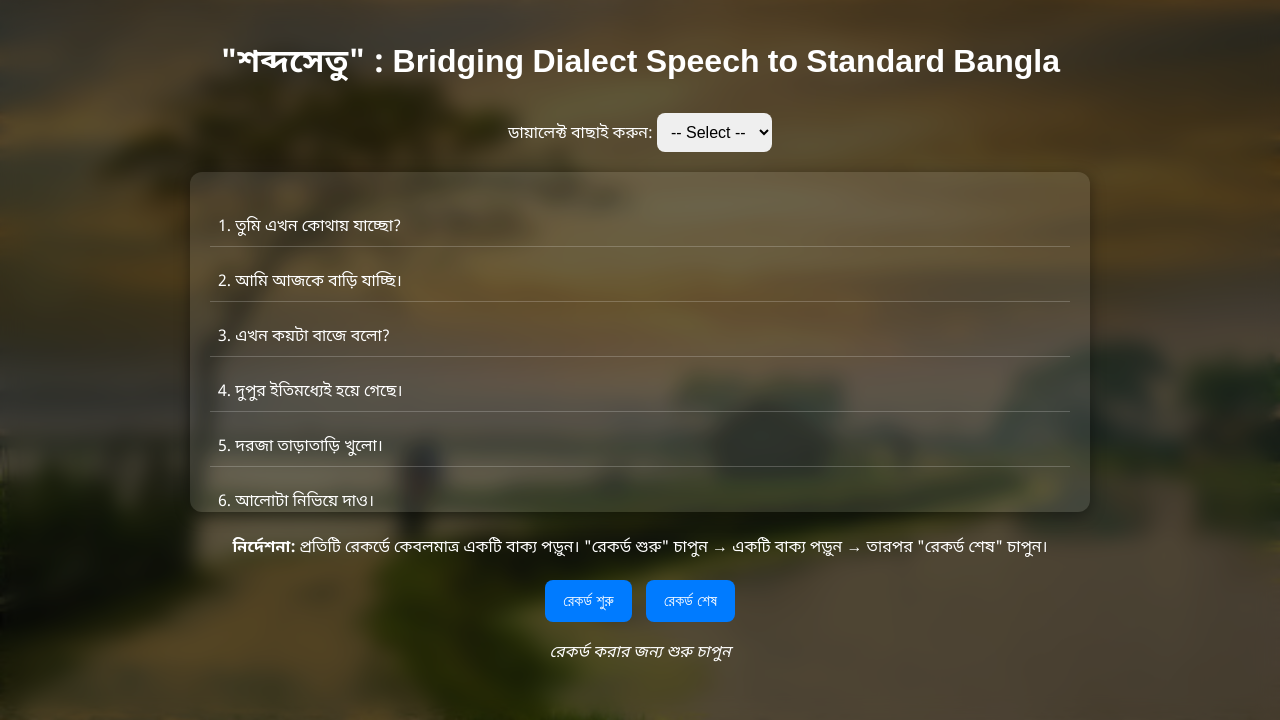
Repository: Sayeem-Velocity/shobdotori-where-dialects-flow-into-bangla
Page: index.html
An editor plug-in stored every save of this project. The page is shown before and after the next save, followed by the edit.
The browser window is 1280 px wide. The pictures show the whole page.

Above is the page before, as saved 2025-08-31 15:08:45.

### index.html
<!DOCTYPE html>
<html lang="bn">
<head>
  <meta charset="UTF-8">
  <meta name="viewport" content="width=device-width, initial-scale=1.0">
  <title>শব্দসেতু : Bridging Dialect Speech to Standard Bangla</title>
  <link rel="stylesheet" href="css/style.css">
  <link rel="icon" type="image/png" href="images/image2.png">
</head>
<body>
  <div class="overlay"></div>
  <div class="container">
    <h1 class="title">"শব্দসেতু" : Bridging Dialect Speech to Standard Bangla</h1>

    <!-- Dropdown -->
    <div class="dropdown">
      <label for="dialect">ডায়ালেক্ট বাছাই করুন:</label>
      <select id="dialect">
        <option value="">-- Select --</option>
        <option value="mymensingh">ময়মনসিংহ</option>
        <option value="comilla">কুমিল্লা</option>
        <option value="noakhali">নোয়াখালী</option>
        <option value="feni">ফেনী</option>
        <option value="brahmanbaria">ব্রাহ্মণবাড়িয়া</option>
        <option value="gaibandha">গাইবান্ধা</option>
        <option value="kurigram">কুড়িগ্রাম</option>
        <option value="jessore">যশোর</option>
        <option value="kushtia">কুষ্টিয়া</option>
        <option value="jhenaidah">ঝিনাইদহ</option>
        <option value="bagerhat">বাগেরহাট</option>
        <option value="khulna">খুলনা</option>
        <option value="patuakhali">পটুয়াখালী</option>
        <option value="bhola">ভোলা</option>
        <option value="panchagarh">পঞ্চগড়</option>
        <option value="lalmonirhat">লালমনিরহাট</option>
        <option value="dinajpur">দিনাজপুর</option>
        <option value="rajshahi">রাজশাহী</option>
        <option value="natore">নাটোর</option>
        <option value="pabna">পাবনা</option>
        <option value="sirajganj">সিরাজগঞ্জ</option>
        <option value="chandpur">চাঁদপুর</option>
        <option value="lakshmipur">লক্ষ্মীপুর</option>
        <option value="sandwip">সন্দ্বীপ</option>
      </select>
    </div>

    <!-- Sentences -->
    <div id="sentences" class="sentence-box"></div>

    <!-- Recorder -->
    <div class="recorder">
      <p><b>নির্দেশনা:</b> প্রতিটি রেকর্ডে কেবলমাত্র একটি বাক্য পড়ুন।
      "রেকর্ড শুরু" চাপুন → একটি বাক্য পড়ুন → তারপর "রেকর্ড শেষ" চাপুন।</p>

      <button id="startBtn">রেকর্ড শুরু</button>
      <button id="stopBtn" disabled>রেকর্ড শেষ</button>
      <p id="status">রেকর্ড করার জন্য শুরু চাপুন</p>
    </div>
  </div>

  <!-- Floating Recording Box -->
  <div id="recordingBox" class="recording-box hidden">
    <div class="dot"></div>
    <span id="recordingText">রেকর্ড হচ্ছে... একটি মাত্র বাক্য পড়ুন</span>
  </div>

  <script src="js/app.js"></script>
</body>
</html>

### css/style.css
body {
  margin: 0;
  font-family: "Noto Sans Bengali", sans-serif;
  color: #fff;
  background: url("../images/image1.png") no-repeat center center fixed;
  background-size: cover;
  overflow-x: hidden;
  position: relative;
}

/* blur overlay */
.overlay {
  position: fixed;
  top: 0; left: 0; right: 0; bottom: 0;
  background: rgba(0, 0, 0, 0.6);
  backdrop-filter: blur(10px);
  -webkit-backdrop-filter: blur(10px);
  z-index: -1;
}

.container {
  max-width: 900px;
  margin: auto;
  padding: 30px;
  text-align: center;
  animation: fadeIn 2s ease-in-out;
}

.title {
  font-size: 32px;
  margin-bottom: 20px;
  animation: float 3s ease-in-out infinite;
}

.dropdown {
  margin-bottom: 20px;
}

select {
  padding: 10px;
  border-radius: 8px;
  border: none;
  font-size: 16px;
}

.sentence-box {
  background: rgba(255,255,255,0.1);
  border-radius: 12px;
  padding: 20px;
  margin-top: 20px;
  text-align: left;
  max-height: 300px;
  overflow-y: auto;
  box-shadow: 0 4px 15px rgba(0,0,0,0.4);
}

.sentence-box p {
  padding: 8px;
  border-bottom: 1px solid rgba(255,255,255,0.2);
  transition: transform 0.2s;
}

.sentence-box p:hover {
  transform: scale(1.05);
  background: rgba(255,255,255,0.15);
  cursor: pointer;
}

.recorder {
  margin-top: 25px;
}

button {
  background: #007bff;
  color: white;
  border: none;
  padding: 12px 18px;
  margin: 5px;
  border-radius: 8px;
  font-size: 16px;
  transition: all 0.3s;
}

button:hover {
  background: #0056b3;
  transform: translateY(-2px);
}

#status {
  margin-top: 15px;
  font-style: italic;
}

/* Floating Recording Box */
.recording-box {
  position: fixed;
  bottom: 20px;
  right: 20px;
  background: rgba(220, 0, 0, 0.9);
  color: white;
  padding: 12px 18px;
  border-radius: 10px;
  font-size: 16px;
  font-weight: bold;
  display: flex;
  align-items: center;
  gap: 10px;
  box-shadow: 0 4px 10px rgba(0,0,0,0.5);
  animation: slideUp 0.4s ease-out;
}

.recording-box.hidden {
  display: none;
}

.dot {
  width: 12px;
  height: 12px;
  background: #ff0000;
  border-radius: 50%;
  animation: blink 1s infinite;
}

@keyframes blink {
  0% { opacity: 1; }
  50% { opacity: 0.2; }
  100% { opacity: 1; }
}

@keyframes slideUp {
  from { transform: translateY(50px); opacity: 0; }
  to { transform: translateY(0); opacity: 1; }
}

@keyframes float {
  0% { transform: translateY(0);}
  50% { transform: translateY(-10px);}
  100% { transform: translateY(0);}
}

@keyframes fadeIn {
  from { opacity: 0;}
  to { opacity: 1;}
}

### js/app.js
// ✅ 100 Bangla sentences
const sentences = [
  "তুমি এখন কোথায় যাচ্ছো?", "আমি আজকে বাড়ি যাচ্ছি।", "এখন কয়টা বাজে বলো?", "দুপুর ইতিমধ্যেই হয়ে গেছে।",
  "দরজা তাড়াতাড়ি খুলো।", "আলোটা নিভিয়ে দাও।", "আমি কিছু খেতে চাই।", "ভাত একেবারে হয়ে গেছে।",
  "আমাকে একটু পানি দাও।", "আমি আজ খুব ক্লান্ত।", "চল আমরা বাইরে যাই।", "আমি এখনই আসছি।",
  "তুমি কি কাল আসবে?", "আজকে খুব গরম লাগছে।", "বাইরে বৃষ্টি পড়ছে।", "ছাতা নিয়ে যাও এখন।",
  "তুমি আজ কেমন আছো?", "আমি খুব ভালো আছি।", "এখানে এসে বসো।", "ওই বইটা আমাকে দাও।",
  "তোমার নামটা কী বলো?", "আমার নাম রফিক হাসান।", "তুমি কোথা থেকে আসছো?", "আমি চট্টগ্রাম শহর থেকে।",
  "তুমি কি পড়াশোনা করছো?", "আমি এখন বাংলা পড়ছি।", "দরজায় কে দাঁড়িয়েছে?", "আমি এখানেই ছিলাম।",
  "তুমি কি এখন ব্যস্ত?", "হ্যাঁ, আমি একটু ব্যস্ত।", "তুমি কি কিছু খাবে?", "আমি এক কাপ চা খাবো।",
  "ভাত খাওয়া শেষ হয়েছে?", "হ্যাঁ, এখনই শেষ হয়েছে।", "তুমি কি গান শুনছো?", "হ্যাঁ, আমি গান শুনছি।",
  "আমি মাঝে মাঝে গান গাই।", "টিভি এখনই চালাও।", "টিভি তাড়াতাড়ি বন্ধ করো।", "আমি বই পড়তে চাই।",
  "তোমার কলমটা কোথায়?", "কলমটা এখানেই আছে।", "আমাকে মোবাইলটা দাও তো।", "ফোনের চার্জ শেষ হয়ে গেছে।",
  "তোমার বাসা কোথায় বলো?", "আমার বাসা ঢাকার ভিতরে।", "আজ শুক্রবার সকাল।", "আগামীকাল ছুটির দিন।",
  "তুমি কি সত্যিই আসবে?", "হ্যাঁ, আমি অবশ্যই আসবো।", "তুমি আজ কেমন আছো?", "আমি মোটামুটি ভালো আছি।",
  "আজ আমি খুব খুশি।", "আমি অনেক দুঃখিত আছি।", "আমাকে ক্ষমা করে দাও।", "তোমাকে অনেক ধন্যবাদ।",
  "তুমি কি কফি খাবে?", "না, আমি শুধু চা খাবো।", "এখন আমার ঘুম পাচ্ছে।", "আমি ঘুমাতে যাচ্ছি।",
  "দরজাটা বন্ধ করে দাও।", "জানালাটা একটু খুলো।", "শীতল বাতাস আসছে।", "বৃষ্টি এখন থেমে গেছে।",
  "আমি কোথায় যাবো এখন?", "তুমি বাজারে চলে যাও।", "বাজার কতদূরে আছে?", "বাজারটা খুব কাছেই আছে।",
  "আমি হাঁটতে যাবো এখন।", "চল আমরা একসাথে হাঁটি।", "আমি নতুন বন্ধু চাই।", "তুমি আমার সেরা বন্ধু।",
  "তুমি কি এখন খুশি?", "হ্যাঁ, আমি সত্যিই খুশি।", "আজ স্কুল বন্ধ রয়েছে।", "আমি খেলতে যাচ্ছি।",
  "তুমি কি ফুটবল খেলবে?", "না, আমি ক্রিকেট খেলবো।", "আজ ম্যাচ শুরু হয়েছে।", "বাংলাদেশ আজ জিতেছে।",
  "আমি গান শুনছি এখন।", "তুমি কী পড়ছো বলো?", "হ্যাঁ, আমি বাংলা পড়ছি।", "আমি কবিতা লিখছি।",
  "তুমি কী কাজ করছো?", "আমি রান্না করছি এখন।", "খাওয়া তৈরি হয়েছে কি?", "হ্যাঁ, এখনই তৈরি হয়েছে।",
  "খেতে এসো সবাই।", "আমি তাড়াতাড়ি আসছি।", "আমাকে এখনই ডাকো।", "তুমি কই গিয়েছিলে বলো?",
  "আমি বাজারে গিয়েছিলাম।", "তুমি কী কিনেছো বলো?", "আমি ফলমূল কিনেছি।", "এই আমটা খুব মিষ্টি।",
  "আমি লিচু খেতে চাই।", "দুধটা এখন গরম আছে।", "চাল আনো ঘরের ভিতর।", "ডালটা আমাকে দাও।"
];

const sentenceBox = document.getElementById("sentences");
sentences.forEach((s, i) => {
  const p = document.createElement("p");
  p.textContent = (i+1) + ". " + s;
  sentenceBox.appendChild(p);
});

// Recording
let mediaRecorder;
let audioChunks = [];
let fileIndexMap = {};

const startBtn = document.getElementById("startBtn");
const stopBtn = document.getElementById("stopBtn");
const status = document.getElementById("status");
const dialectSelect = document.getElementById("dialect");
const recordingBox = document.getElementById("recordingBox");

startBtn.onclick = async () => {
  const dialect = dialectSelect.value;
  if (!dialect) {
    alert("প্রথমে একটি ডায়ালেক্ট নির্বাচন করুন");
    return;
  }

  if (!(dialect in fileIndexMap)) fileIndexMap[dialect] = 0;

  const stream = await navigator.mediaDevices.getUserMedia({ audio: true });
  mediaRecorder = new MediaRecorder(stream);
  mediaRecorder.start();
  audioChunks = [];

  mediaRecorder.ondataavailable = e => audioChunks.push(e.data);

  mediaRecorder.onstop = () => {
    const blob = new Blob(audioChunks, { type: "audio/wav" });
    const url = URL.createObjectURL(blob);

    const fileName = `${dialect}_train (${fileIndexMap[dialect]++}).wav`;

    const a = document.createElement("a");
    a.href = url;
    a.download = fileName;
    a.click();

    status.textContent = `ফাইল সংরক্ষিত হয়েছে: ${fileName}`;
    recordingBox.classList.add("hidden");
  };

  status.textContent = "রেকর্ড চলছে... একটি মাত্র বাক্য পড়ুন।";
  startBtn.disabled = true;
  stopBtn.disabled = false;
  recordingBox.classList.remove("hidden");
};

stopBtn.onclick = () => {
  mediaRecorder.stop();
  status.textContent = "রেকর্ড শেষ হয়েছে। পরের বাক্যের জন্য আবার 'রেকর্ড শুরু' চাপুন।";
  startBtn.disabled = false;
  stopBtn.disabled = true;
};

After the next save:
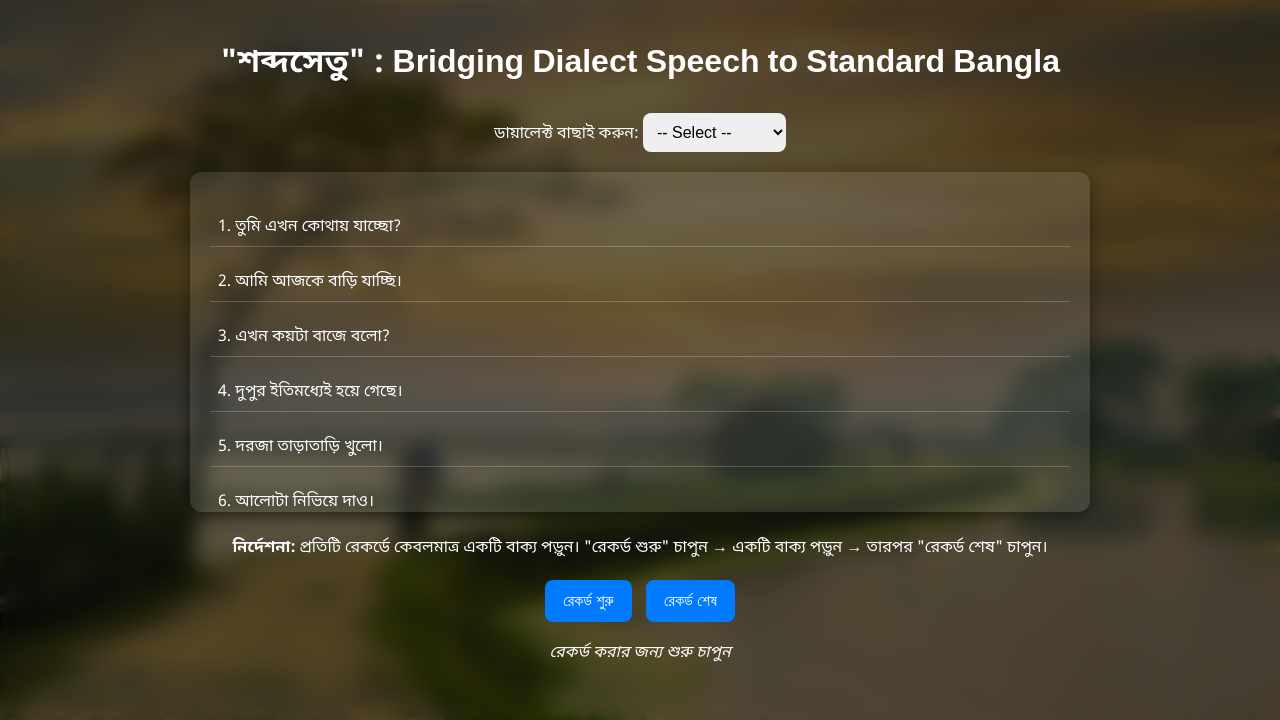
Saved 2 min 50 s later.
--- a/index.html
+++ b/index.html
@@ -14,9 +14,36 @@
 
     <!-- Dropdown -->
     <div class="dropdown">
-      <label for="dialect">ডায়ালেক্ট বাছাই করুন:</label>
-      <select id="dialect">
+    <label for="dialect">ডায়ালেক্ট বাছাই করুন:</label>
+    <select id="dialect">
         <option value="">-- Select --</option>
+
+        <!-- 🟢 First show 8 Divisions -->
+        <optgroup label="Divisions">
+        <option value="dhaka_division">ঢাকা বিভাগ</option>
+        <option value="chattogram_division">চট্টগ্রাম বিভাগ</option>
+        <option value="rajshahi_division">রাজশাহী বিভাগ</option>
+        <option value="khulna_division">খুলনা বিভাগ</option>
+        <option value="barishal_division">বরিশাল বিভাগ</option>
+        <option value="sylhet_division">সিলেট বিভাগ</option>
+        <option value="rangpur_division">রংপুর বিভাগ</option>
+        <option value="mymensingh_division">ময়মনসিংহ বিভাগ</option>
+        </optgroup>
+
+        <!-- 🟢 Then add Major Cities -->
+        <optgroup label="Major Cities">
+        <option value="dhaka">ঢাকা</option>
+        <option value="chittagong">চট্টগ্রাম</option>
+        <option value="khulna_city">খুলনা</option>
+        <option value="rajshahi_city">রাজশাহী</option>
+        <option value="sylhet_city">সিলেট</option>
+        <option value="barishal_city">বরিশাল</option>
+        <option value="rangpur_city">রংপুর</option>
+        <option value="mymensingh_city">ময়মনসিংহ</option>
+        </optgroup>
+
+        <!-- 🟢 Rest of the Districts -->
+        <optgroup label="Districts">
         <option value="mymensingh">ময়মনসিংহ</option>
         <option value="comilla">কুমিল্লা</option>
         <option value="noakhali">নোয়াখালী</option>
@@ -41,8 +68,10 @@
         <option value="chandpur">চাঁদপুর</option>
         <option value="lakshmipur">লক্ষ্মীপুর</option>
         <option value="sandwip">সন্দ্বীপ</option>
-      </select>
+        </optgroup>
+    </select>
     </div>
+
 
     <!-- Sentences -->
     <div id="sentences" class="sentence-box"></div>
